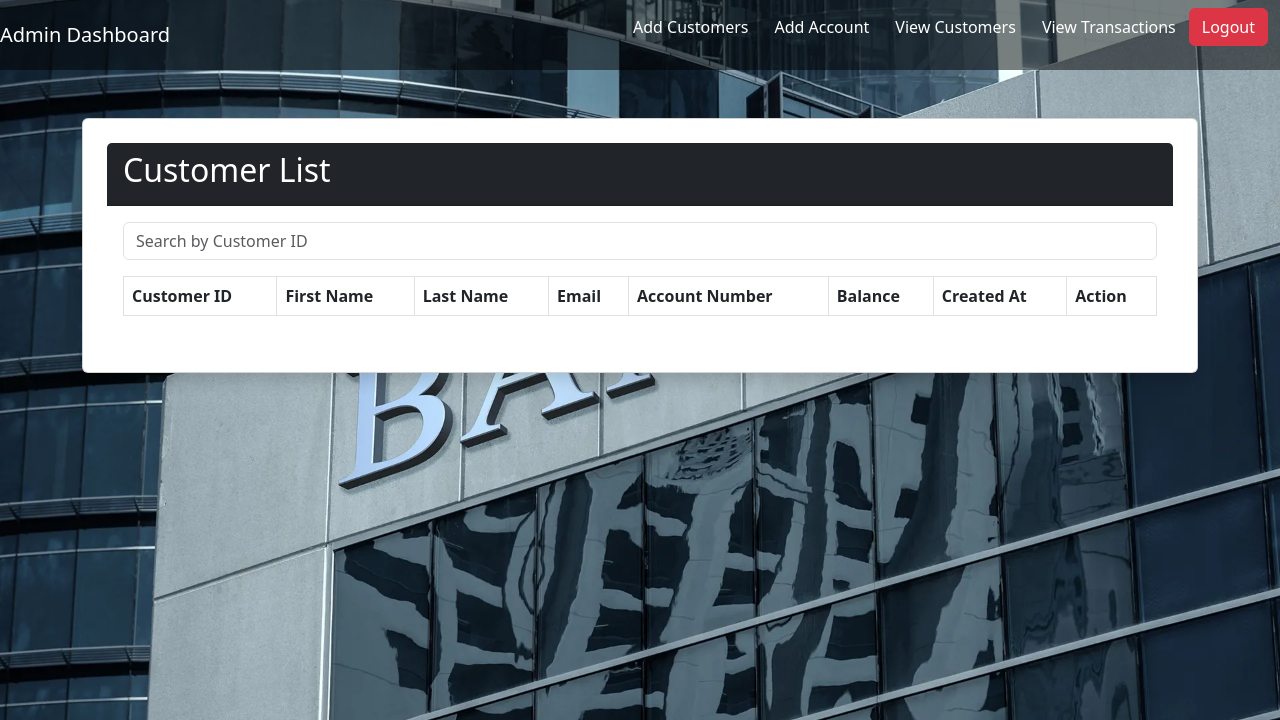
Repository: prathamsuhasia/swabhav-mini-project
Page: http://localhost/01-mini-project/AddCustomers.jsp
These files come from the project's save history. The page is drawn as it stood at one moment and after the next save; the edit follows.
The browser window is 1280 px wide. The pictures show the whole page.
The page is served by Tomcat 9. The session is filled in as if someone had signed in: {"username": "testuser", "admin": "admin"}. The template is opened directly, without the code that normally fills it, so the values that code supplies are empty.

Above is the page before, as saved 2024-08-15 18:43:51.

After the next save:
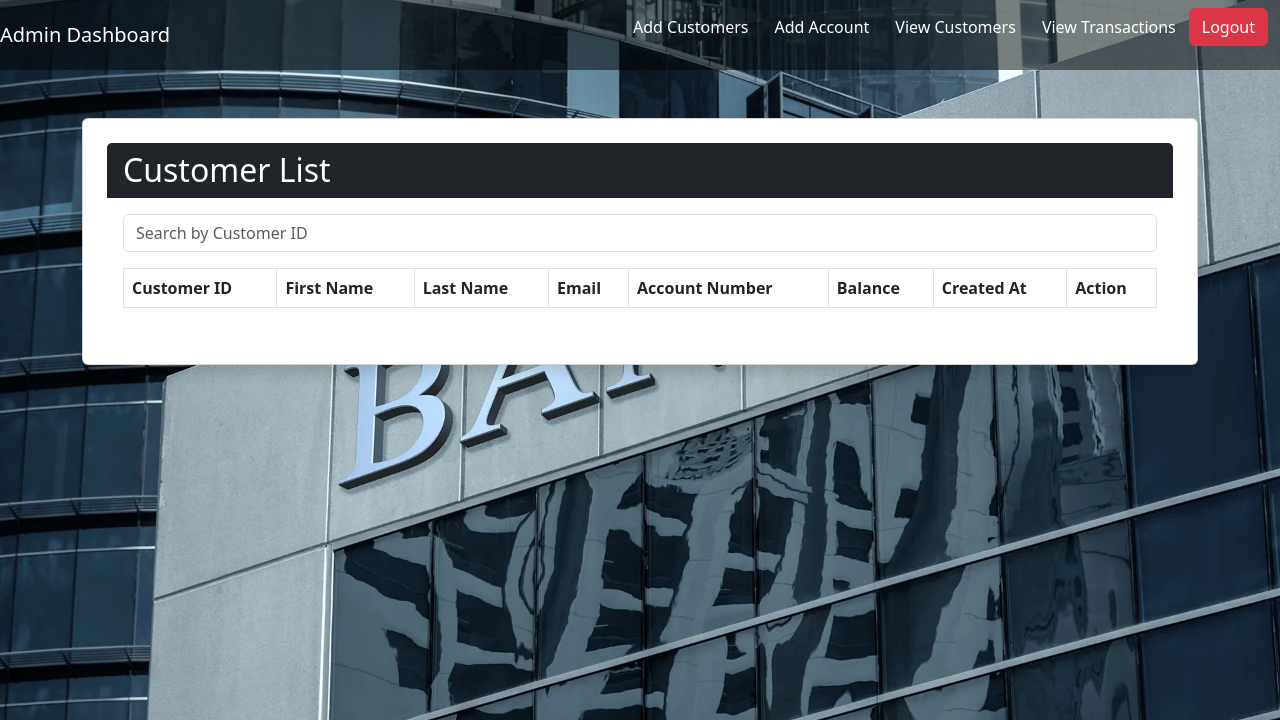
Saved 73 s later.
--- a/01-mini-project/WebContent/AddCustomers.jsp
+++ b/01-mini-project/WebContent/AddCustomers.jsp
@@ -15,7 +15,7 @@
     <div class="container mt-5">
         <div class="card shadow p-4">
             <div class="card-header bg-dark text-white">
-                <h2>Customer List</h2>
+                <h2 class="mb-0">Customer List</h2>
             </div>
             <div class="card-body">
                 <div class="mb-3">
